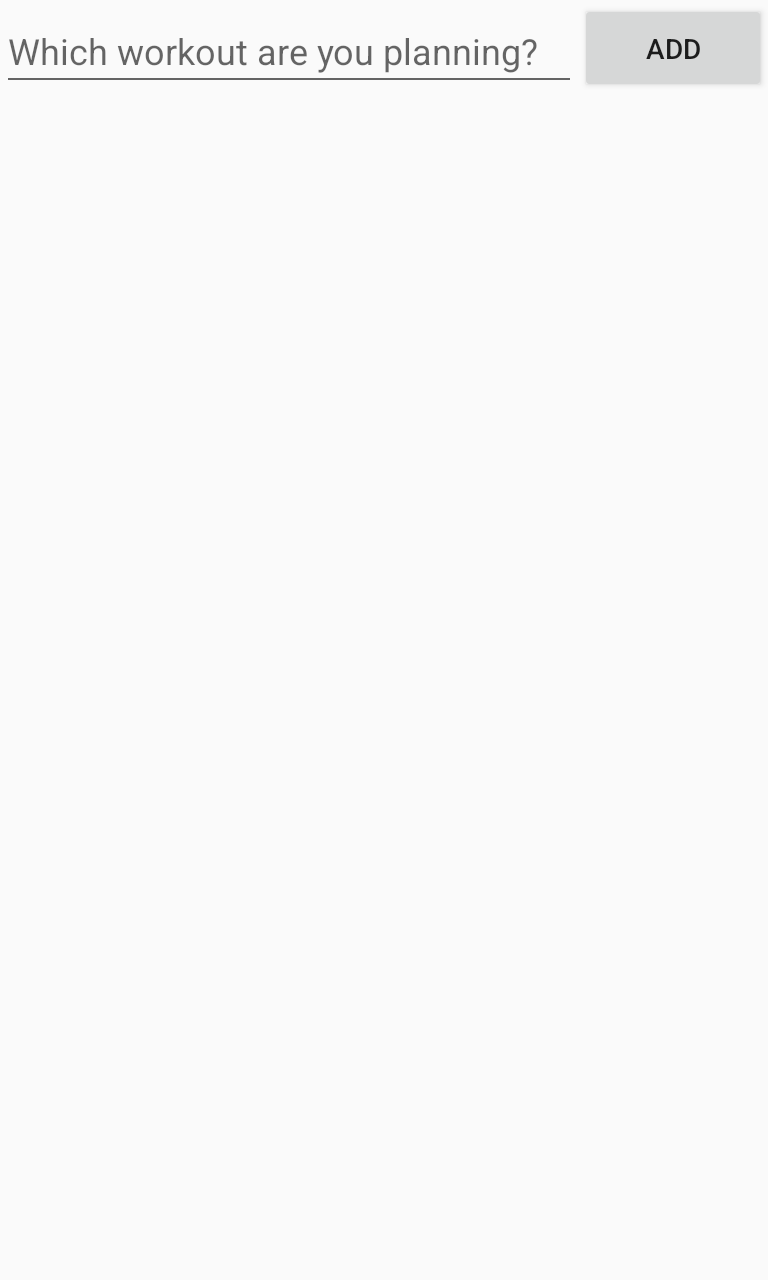
Repository: apoorvelec/AndroidApps
Layout: Gymdroid/res/layout/activity_monday.xml
The author's editor kept a copy of each file at every save. The layout is drawn from the files as they stood at one save, then again after the next save.
It is drawn on a 768 x 1280 px phone screen (xhdpi) without system bars, with theme AppTheme; the app's code is not run.

Above is the layout before, as saved 2016-07-17 00:00:04.

After the next save:
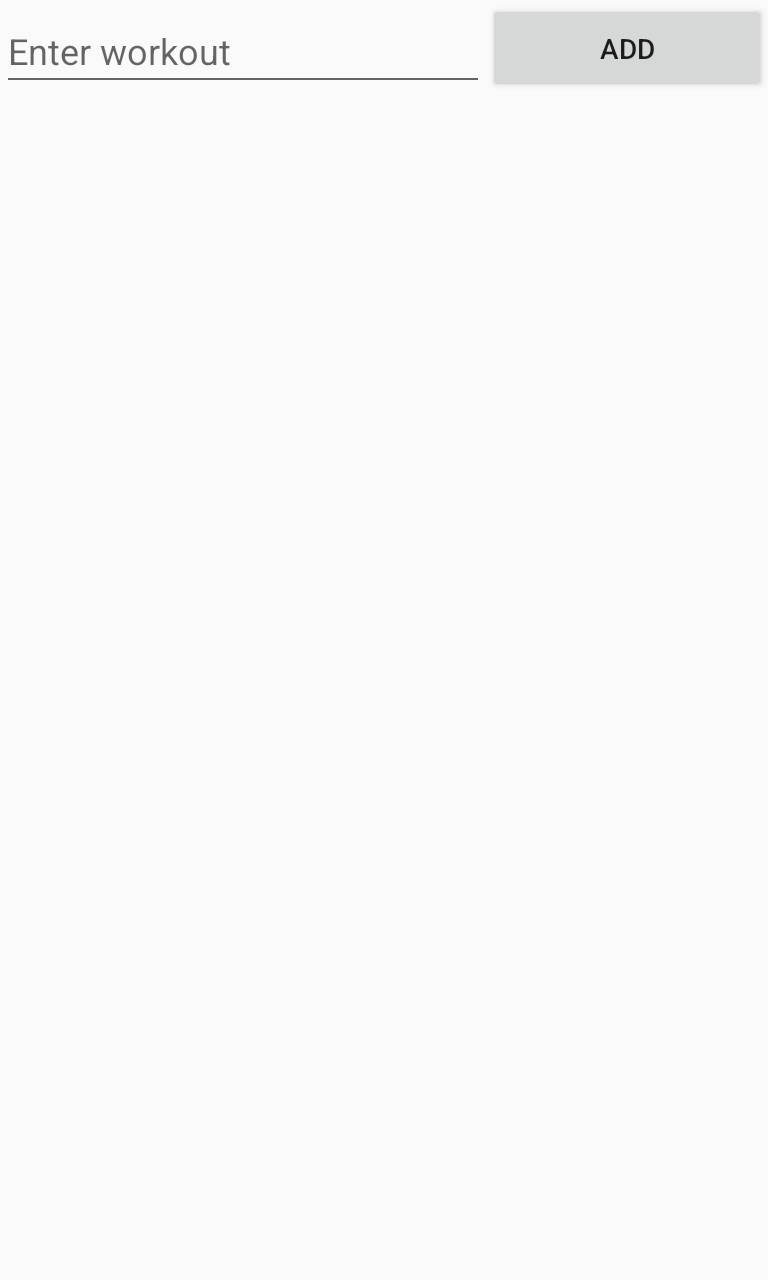
Saved 37 s later.
--- a/Gymdroid/res/values/strings.xml
+++ b/Gymdroid/res/values/strings.xml
@@ -17,5 +17,5 @@
     <string name="thursday_workout">Thursday Workout Schedule</string>
     <string name="friday_workout">Friday Workout Schedule</string>
 
-    <string name="workout_suggestion_hint">Which workout are you planning?</string>
+    <string name="workout_suggestion_hint">Enter workout</string>
 </resources>
